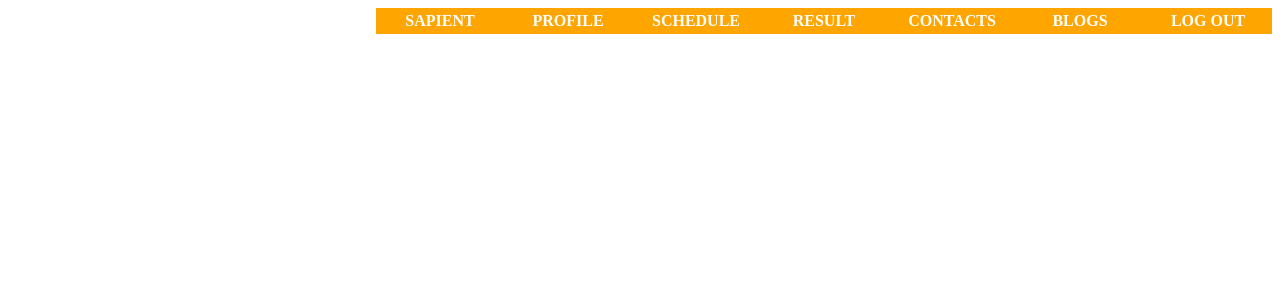
Repository: feefifofannie/SapientNitroTraining
Page: WebProject/WebContent/PortalExercise/index.html
An editor plug-in stored every save of this project. The page is shown before and after the next save, followed by the edit.
The browser window is 1280 px wide. The pictures show the whole page.

Above is the page before, as saved 2015-09-15 08:03:23.

### WebProject/WebContent/PortalExercise/index.html
<!DOCTYPE html>
<html>
<head>
<title>Project</title>
<meta name="viewport" content="width=device-width, initial-scale=1.0">
<style>
ul {
	list-style-type: none;
	margin: 0;
	padding: 0;
	overflow: hidden;
	float: right;
}

li {
	float: left;
}

li:first-child { float:left; }

a:link,a:visited {
	display: block;
	width: 120px;
	font-weight: bold;
	color: #FFFFFF;
	background-color: orange;
	text-align: center;
	padding: 4px;
	text-decoration: none;
	text-transform: uppercase;
}

a:hover,a:active {
	background-color: #ffb66c;
}
</style>
</head>
<body>
	<ul>
		<li><a href="#home">Sapient</a></li>
		<li><a href="#home">Profile</a></li>
		<li><a href="#news">Schedule</a></li>
		<li><a href="#contact">Result</a></li>
		<li><a href="#about">Contacts</a></li>
		<li><a href="#about">Blogs</a></li>
		<li><a href="#about">Log Out</a></li>
	</ul>
	<script src="http://code.jquery.com/jquery.js"></script>
</body>
</html>

After the next save:
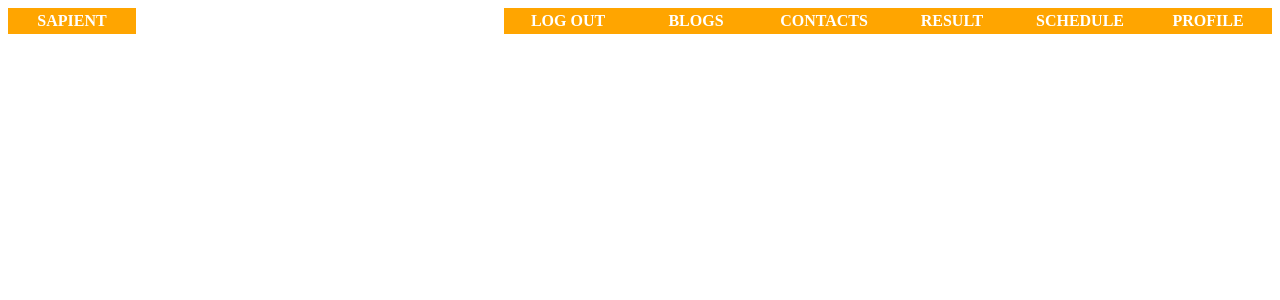
Saved 2 min 6 s later.
--- a/WebProject/WebContent/PortalExercise/index.html
+++ b/WebProject/WebContent/PortalExercise/index.html
@@ -9,11 +9,10 @@ ul {
 	margin: 0;
 	padding: 0;
 	overflow: hidden;
-	float: right;
 }
 
 li {
-	float: left;
+	float: right;
 }
 
 li:first-child { float:left; }
